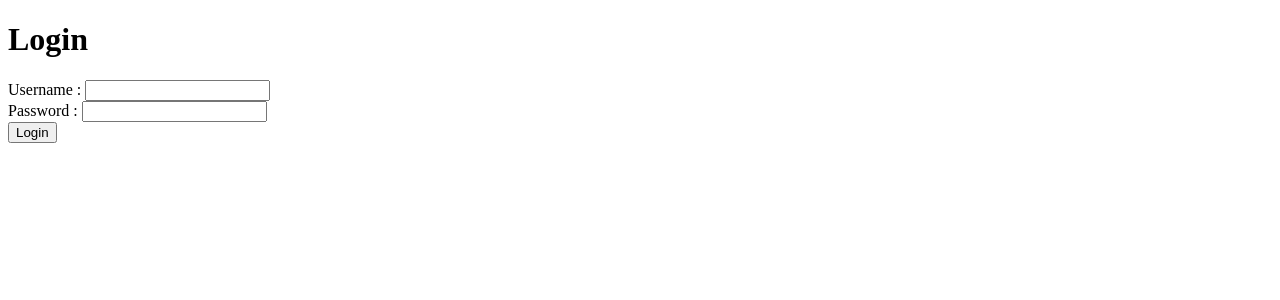
Repository: Rajivkumar2023/java-practice
Page: http://localhost/Login-Registration/login.jsp
An editor plug-in stored every save of this project. The page is shown before and after the next save, followed by the edit.
The browser window is 1280 px wide. The pictures show the whole page.
The page is served by Tomcat 10. Other server files are loaded and not shown.

Above is the page before, as saved 2024-07-31 09:54:06.

### Login-Registration/src/main/webapp/login.jsp
<%@ page language="java" contentType="text/html; charset=UTF-8"
    pageEncoding="UTF-8"%>
<!DOCTYPE html>
<html>
<head>
<meta charset="UTF-8">
<title> Login</title>
</head>
<body>
<div class="container">
<h1>Login</h1>
<form action="loginServlet" method="post">
	<label for="username">Username : </label>
	<input type="text" id="username" name="username" required> <br>
	<label for="password">Password : </label>
	<input type="password" id="password" name="password" required> <br>
	<button type="submit">Login</button>


</form>

</div>


</body>
</html>

After the next save:
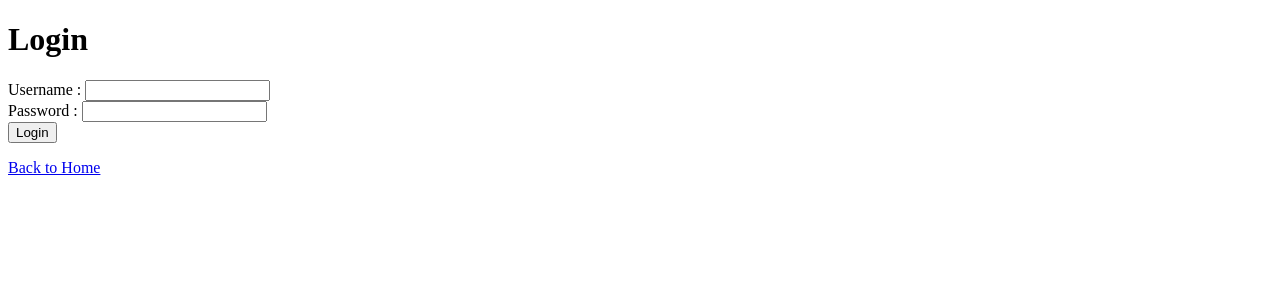
Saved 55 s later.
--- a/Login-Registration/src/main/webapp/login.jsp
+++ b/Login-Registration/src/main/webapp/login.jsp
@@ -15,9 +15,9 @@
 	<label for="password">Password : </label>
 	<input type="password" id="password" name="password" required> <br>
 	<button type="submit">Login</button>
+</form>
 
-
-</form>
+<p><a href="index.jsp">Back to Home</a>
 
 </div>
 
